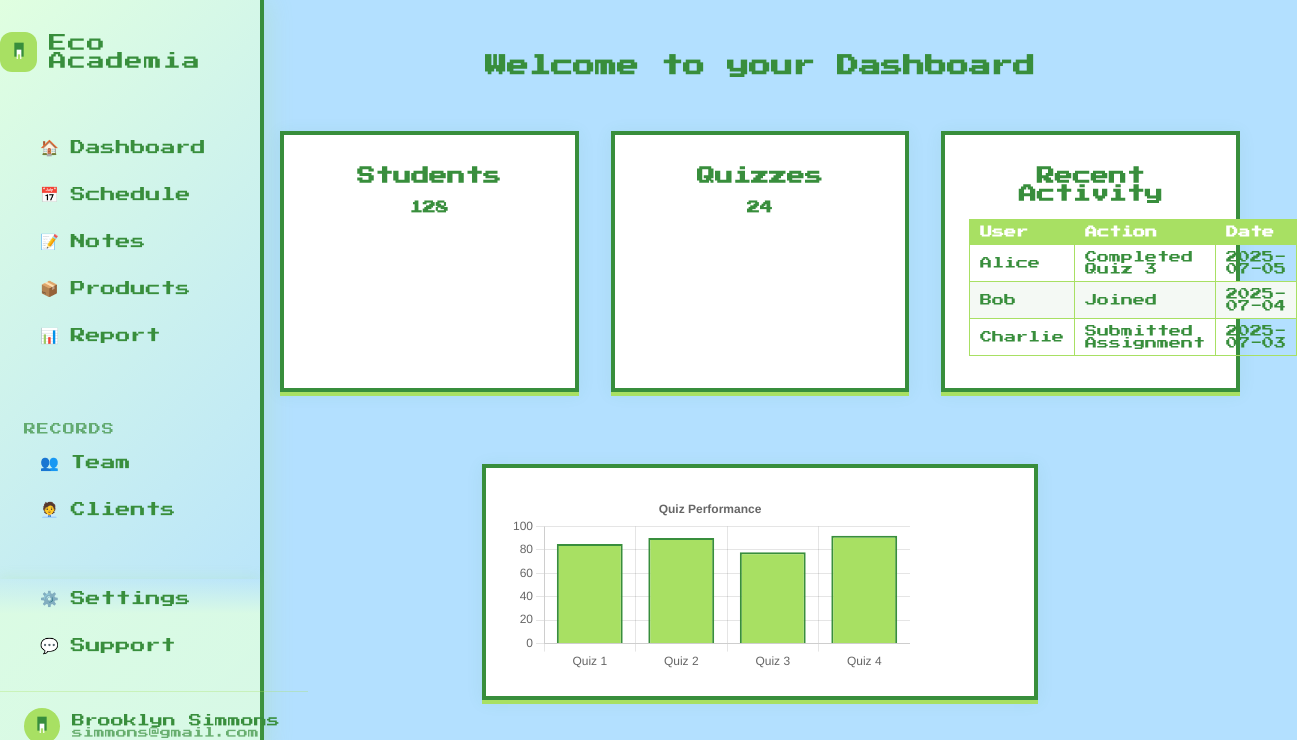
Repository: hotaruhshs/eco-academia
Page: admin/dashboard.html
An editor plug-in stored every save of this project. The page is shown before and after the next save, followed by the edit.
The browser window is 1280 px wide. The page is 1297 px wide, so the pictures cover 1297 px, including what lies to the right of the window. The pictures show the whole page.

Above is the page before, as saved 2025-07-06 01:58:58.

After the next save:
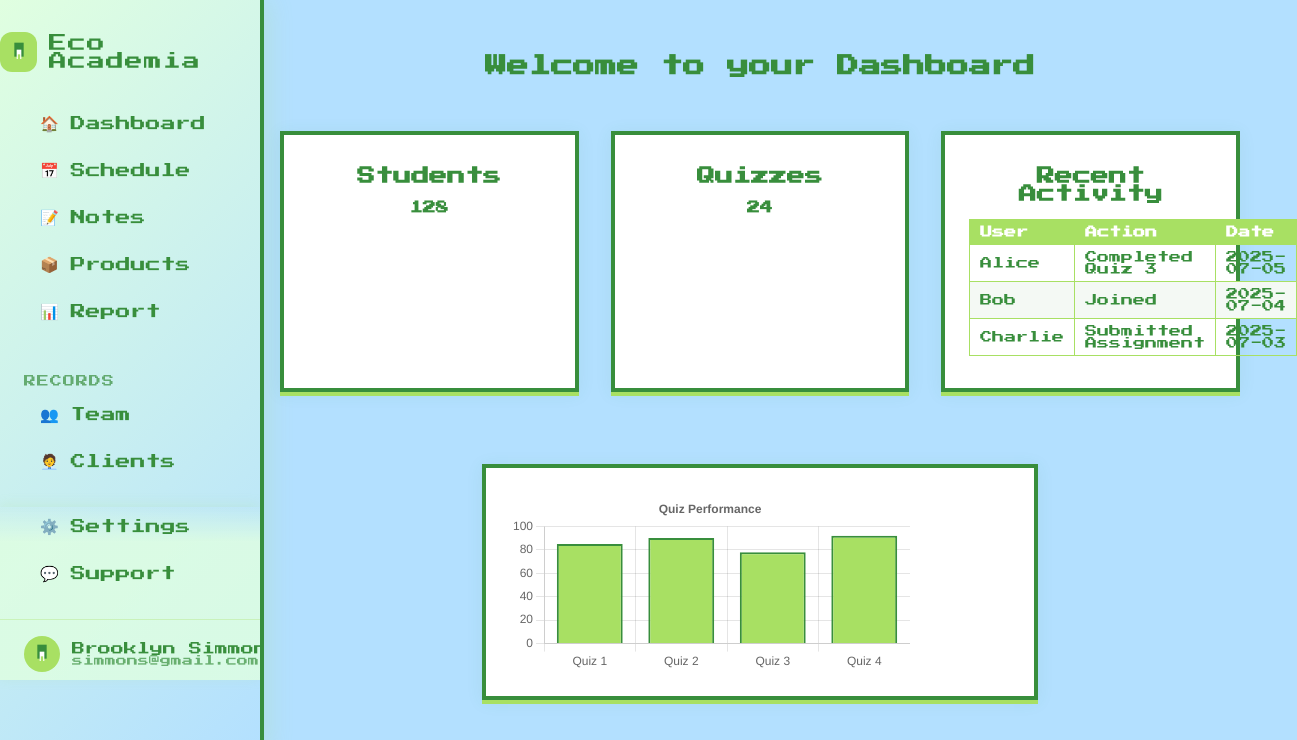
Saved 46 s later.
--- a/admin/css/dashboard.css
+++ b/admin/css/dashboard.css
@@ -24,12 +24,20 @@ body::after {
   display: flex;
   flex-direction: column;
   align-items: stretch;
-  justify-content: space-between;
+  justify-content: flex-start;
   background: linear-gradient(135deg, #e0ffe0 0%, #b3e0ff 100%);
   color: #388e3c;
   padding: 32px 0 0 0;
   box-shadow: 4px 0 24px #a8e06333;
   border-right: 4px solid #388e3c;
+  /* Ensure sidebar content fills available height */
+  overflow-y: auto;
+}
+.sidebar-content {
+  flex: 1 1 auto;
+  display: flex;
+  flex-direction: column;
+  justify-content: flex-start;
 }
 .sidebar-bottom {
   width: 100%;
